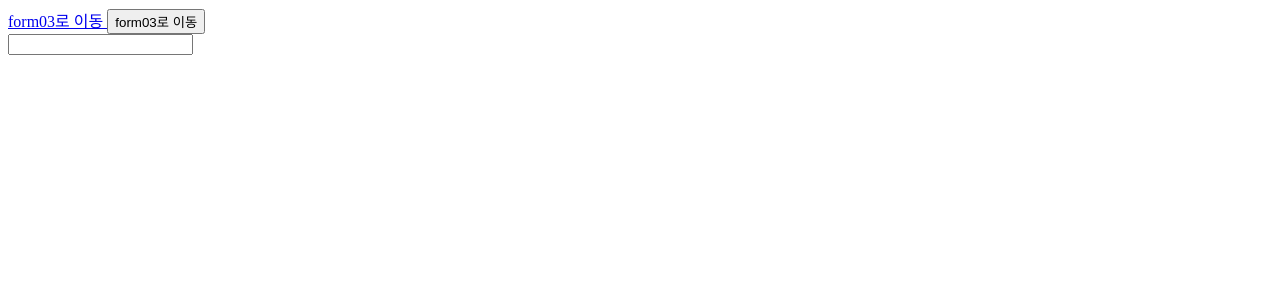
Repository: pyeonm30/PYMjspWorkspace
Page: http://localhost/basicJSP/ex07_from06.jsp
These files come from the project's save history. The page is drawn as it stood at one moment and after the next save; the edit follows.
The browser window is 1280 px wide. The pictures show the whole page.
The page is served by Tomcat 9.

Above is the page before, as saved 2024-01-30 02:08:55.

After the next save:
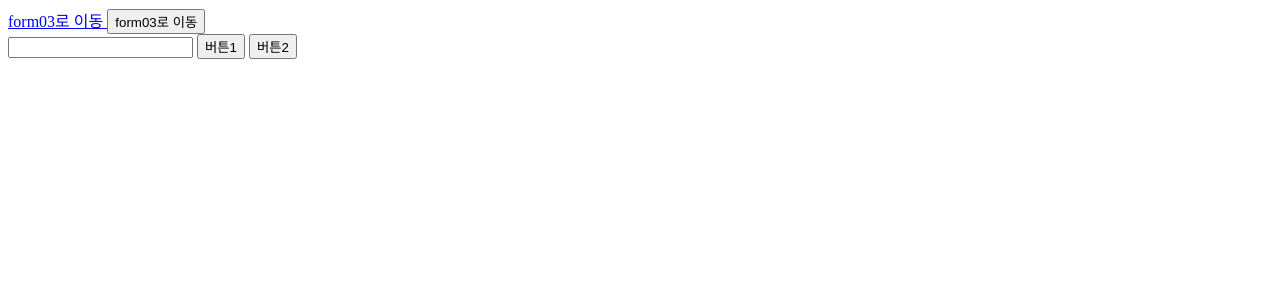
Saved 91 s later.
--- a/basicJSP/src/main/webapp/ex07_from06.jsp
+++ b/basicJSP/src/main/webapp/ex07_from06.jsp
@@ -12,6 +12,8 @@
 
    <form action="ex08_from06pro.jsp">
    	<input type="number" name="num" />
+   	<input type="button" value="버튼1"/>
+   	<input type="submit" value="버튼2"/>
    </form>
 
 </body>
